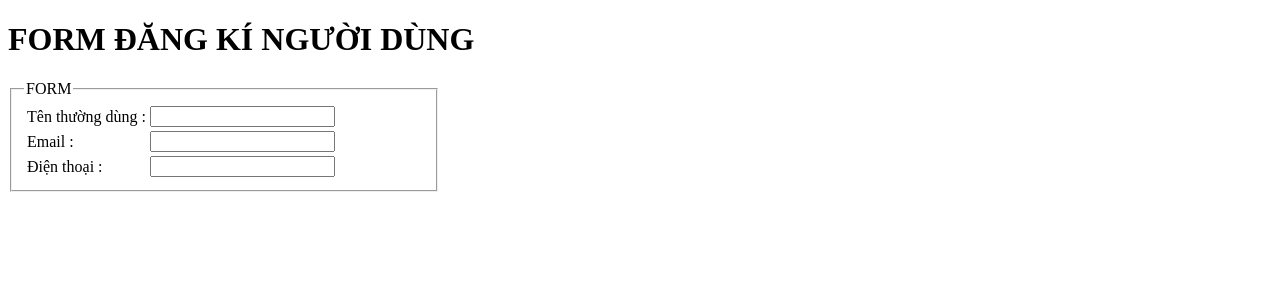
Repository: NGUYEN112/Module2
Page: http://localhost/
An editor plug-in stored every save of this project. The page is shown before and after the next save, followed by the edit.
The browser window is 1280 px wide. The pictures show the whole page.
The page is run by PHP 8.4 with error messages shown; the project is at /var/www/html/.

Above is the page before, as saved 2021-01-18 15:24:08.

### bai12-json/index.php
<!DOCTYPE html>
<html lang="en">

<head>
    <meta charset="UTF-8">
    <meta name="viewport" content="width=device-width, initial-scale=1.0">
    <title>Đăng kí người dùng</title>
</head>

<body>
<h1>FORM ĐĂNG KÍ NGƯỜI DÙNG</h1>
    <form method="post">
    <Fieldset style="width : 400px">
    <legend>FORM</legend>
        <table>
            <tr>
                <td>Tên thường dùng : </td>
                <td><input type="text"></td>
            </tr>
            <tr>
                <td>Email : </td>
                <td><input type="text"></td>
            </tr>
            <tr>
                <td>Điện thoại : </td>
                <td><input type="number"></td>
            </tr>
        </table>
        </Fieldset>
    </form>

</body>
</html>

After the next save:
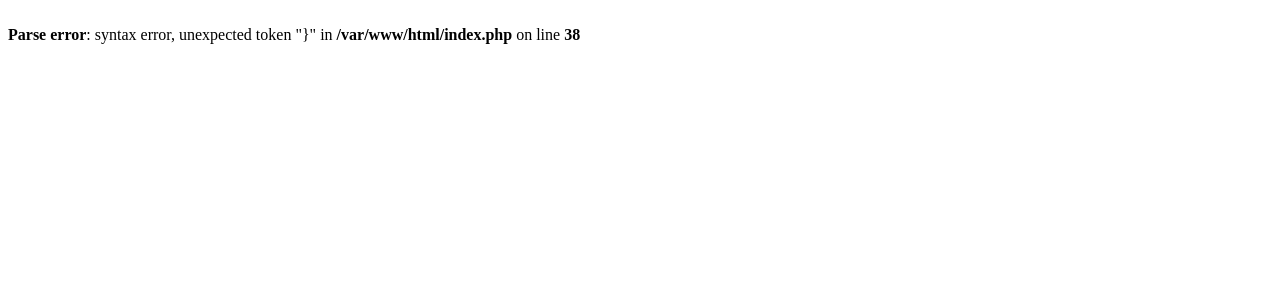
Saved 4 min 7 s later.
--- a/bai12-json/index.php
+++ b/bai12-json/index.php
@@ -15,19 +15,27 @@
         <table>
             <tr>
                 <td>Tên thường dùng : </td>
-                <td><input type="text"></td>
+                <td><input type="text" name="name"></td>
             </tr>
             <tr>
                 <td>Email : </td>
-                <td><input type="text"></td>
+                <td><input name="email" type="text"></td>
             </tr>
             <tr>
                 <td>Điện thoại : </td>
-                <td><input type="number"></td>
+                <td><input type="number" name="phone"></td>
+            </tr>
+            <tr>
+                <td></td>
+                <td><input type="submit" value="Đăng kí"></td>
             </tr>
         </table>
         </Fieldset>
     </form>
-
+<?php
+   if ($_SERVER["REQUEST_METHOD"] == "POST") {
+       $name
+   }
+?>
 </body>
 </html>

After the save that followed:
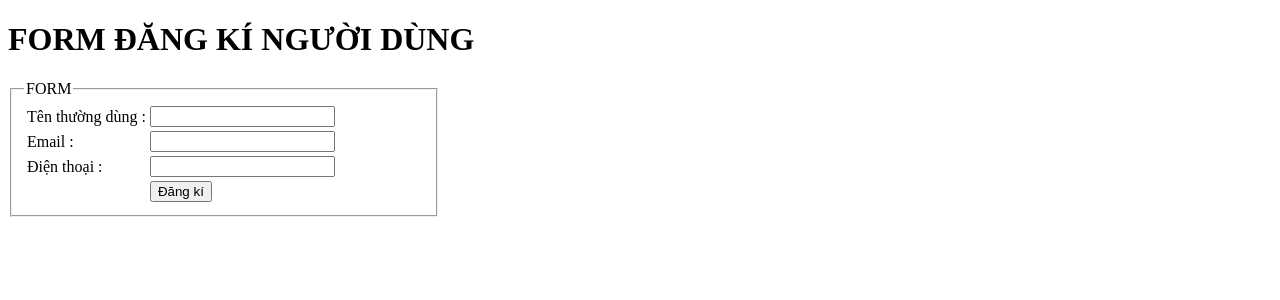
Saved 2 min 10 s later.
--- a/bai12-json/index.php
+++ b/bai12-json/index.php
@@ -34,7 +34,9 @@
     </form>
 <?php
    if ($_SERVER["REQUEST_METHOD"] == "POST") {
-       $name
+       $name = $_POST['name'];
+       $email = $_POST['email'];
+       $phone = $_POST['phone'];
    }
 ?>
 </body>
